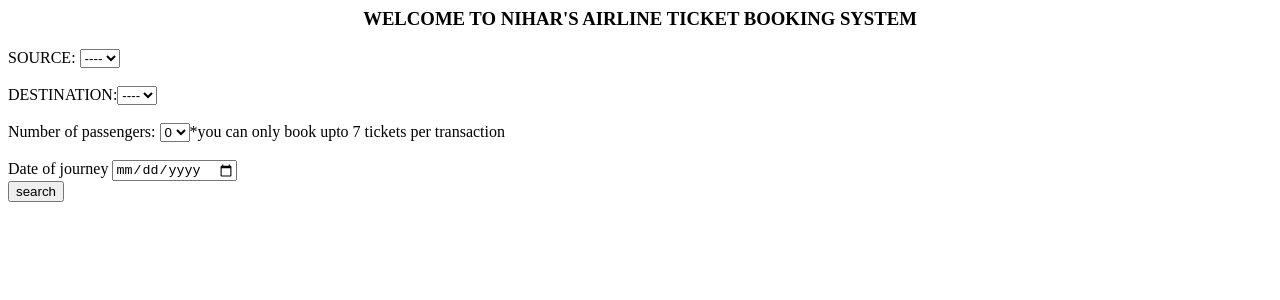
Repository: nihargowda/phase2project
Page: http://localhost/AirAway/
These files come from the project's save history. The page is drawn as it stood at one moment and after the next save; the edit follows.
The browser window is 1280 px wide. The pictures show the whole page.
The page is served by Tomcat 9. Other server files are loaded and not shown. Queries for data that is not in the repository find no rows.

Above is the page before, as saved 2020-11-17 17:58:45.

### AirAway/src/main/webapp/index.jsp
<%@page import="java.time.LocalDate"%>
<%@page import="java.util.Date"%>
<%@page import="java.sql.ResultSet"%>
<%@page import="java.sql.Statement"%>
<%@page import="java.sql.DriverManager"%>
<%@page import="java.sql.Connection"%>
<html>

<h3><center>WELCOME TO NIHAR'S AIRLINE TICKET BOOKING SYSTEM</center></h3>

<form action="/AirAway/FlightSearch"  method="post"  >


<%

Class.forName("com.mysql.jdbc.Driver");
Connection con= DriverManager.getConnection("jdbc:mysql://localhost:3307/airaway","root","");
String sourcesql= "SELECT DISTINCT source FROM airlinedetails";

Statement s= con.createStatement();
ResultSet rs= s.executeQuery(sourcesql);


%>
SOURCE: <select name="source">
<option>----</option>
<% while(rs.next()){

	%>
<option> <%=rs.getString("source") %></option>
<%} %>

</select>
<br>

<%

 con= DriverManager.getConnection("jdbc:mysql://localhost:3307/airaway","root","");
String sqldestination= "SELECT DISTINCT destination FROM airlinedetails";

 s= con.createStatement();
 rs= s.executeQuery(sqldestination);
%>

<br>
DESTINATION:<select name="destination">
<option>----</option>

<% while(rs.next()){

	%>
<option> <%=rs.getString("destination") %></option>
<%} %>
</select>

<br>
<br>Number of passengers:
<select name="passengers">
<option>0</option>
<%
for(int i=1;i<8;i++){
%>
<option><% out.print(i); %>
</option>
<%} %>
</select>*you can only book upto 7 tickets per transaction
<br>

<br>
Date of journey
<% LocalDate ld = LocalDate.now();%>
 <input type="date" name="date" min=<%= ld.plusDays(1)  %>><br>


<input type="submit" value="search">


</form>



</body>
</html>

After the next save:
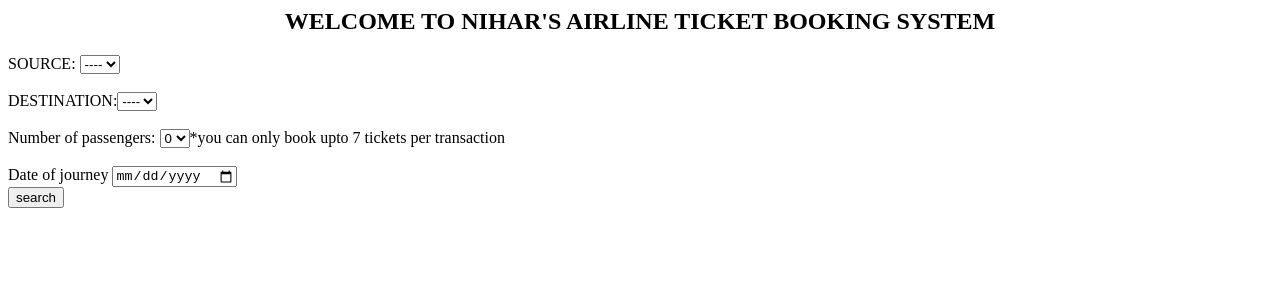
Saved 90 s later.
--- a/AirAway/src/main/webapp/index.jsp
+++ b/AirAway/src/main/webapp/index.jsp
@@ -6,7 +6,7 @@
 <%@page import="java.sql.Connection"%>
 <html>
 
-<h3><center>WELCOME TO NIHAR'S AIRLINE TICKET BOOKING SYSTEM</center></h3>
+<h2><center>WELCOME TO NIHAR'S AIRLINE TICKET BOOKING SYSTEM</center></h2>
 
 <form action="/AirAway/FlightSearch"  method="post"  >
 
